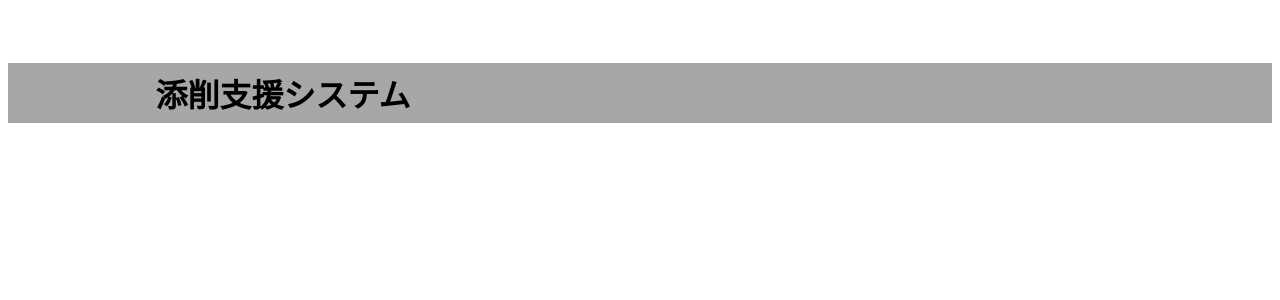
Repository: k-murakami18/canvas_v2
Page: Main.html
These files come from the project's save history. The page is drawn as it stood at one moment and after the next save; the edit follows.
The browser window is 1280 px wide. The pictures show the whole page.

Above is the page before, as saved 2021-01-04 19:29:02.

### Main.html
<!DOCTYPE html>
<html lang="en">
<head>
  <meta charset="UTF-8">
  <title>添削支援システム</title>
  <link rel="stylesheet" href="css/jquery-ui-1.8.16.custom.css" />
  <link rel="stylesheet" href="./style.css">
  <link rel="stylesheet" href="https://cdn.jsdelivr.net/npm/simplebar@latest/dist/simplebar.css">
  <script src="//cdnjs.cloudflare.com/ajax/libs/jspdf/1.3.3/jspdf.min.js"></script>
  <script src="js/jquery.1.6.4.min.js"></script>
  <script src="js/jquery-ui-1.8.16.custom.min.js"></script>
  <script type="text/javascript" src="./dist/fabric.js"></script>
  <script type="text/javascript" src="./dist/fabric.min.js"></script>
</head>

<body>
  <!--タイトルとファイル選択-->
  <div class="title">
    <div class="title_container">
      <div style="float: left;">
        <h1 id="title" style="display:inline;">添削支援システム</h1>
      </div>
    </div>
  </div>
  <div style="clear:left;"></div>

</body>
</html>

### style.css
/*タイトルコンテナ*/
.title_container{
  width: 550px;
  height: 60px;
  display: flex;
  justify-content: center;
  align-items: center;
  margin-top: 5%;
  text-align: center;
}

/*タイトル*/
.title{
  background-color: #A7A7A7;
  margin-bottom: 5px;
}

/*ボタンコンテナ*/
.button_container{
  width: 50px;
  height: 602px;
  background-color: #DADADA;
  margin-bottom: 5px;
  margin-right: 5px;
}

/*各ボタンの設定*/
.btn-box,.btn_box{
  display: inline-block;
  widows: 25px;
  height: 25px;
  border: 1px black solid;
  padding: 2px;
  border-radius: 5px;
}
.btn_box_black{
  display: inline-block;
  widows: 25px;
  height: 25px;
  border: 1px white solid;
  padding: 2px;
  border-radius: 5px;
}
.select{
  margin-top: 10px;
  margin-left: 9px;
}
.aaa{
  margin-top: 0px;
  margin-left: 9px;
}
.margin{
  margin-top: 10px;
  margin-left: 9px;
}

/*ボタン枠線削除*/
input:focus {
	outline:0;
}

/*キャンバス*/
canvas {
	position: relative;
	border:1px solid #000;
}

/*保存履歴コンテナ*/
.history_container{
  height: 600px;
  width: 330px;
  background-color: whitesmoke;
  border: 1px solid black;
  margin-left: 10px;
}

/*保存履歴タイトル*/
#title_tmpList{
  margin-top: 2px;
  margin-left: 10px;
  margin-bottom: 2px;
  font-weight: bolder;
  text-align: center;
}
.subtitle_tmpList{
  margin-top: 3px;
  margin-bottom: 3px;
  font-weight: bolder;
  font-size: 13px;
  text-align: center;
}

/*「保存履歴」の下線*/
.hr{
  border-bottom: 1px solid black;
  width: 93%;
  margin-left: auto;
  margin-right: auto;
}
/*「ブックマーク」「添削保存」の下線*/
.hr2{
  border-bottom: 1px solid black;
  width: 83%;
  margin-left: auto;
  margin-right: auto;
}

#bookmark_viewpanel{
  height: 539px;
  width: 100px;
  background-color: whitesmoke;
  margin-top: 5px;
}

#normal_viewpanel{
  height: 539px;
  width: 190px;
  background-color: whitesmoke;
  margin-top: 5px;
}

#bookmark_tmp{
  border-right: 1px solid black;
}

.tmpImage{
  border: 1px solid black;
  margin-left: 10px;
}

#setColor li{
  display: inline-block;
  width: 25px;
  height: 25px;
  border:1px solid #000;
}

Loaded but not shown: css/jquery-ui-1.8.16.custom.css (library); js/jquery.1.6.4.min.js (library); js/jquery-ui-1.8.16.custom.min.js (library); dist/fabric.js (library); dist/fabric.min.js (library)

After the next save:
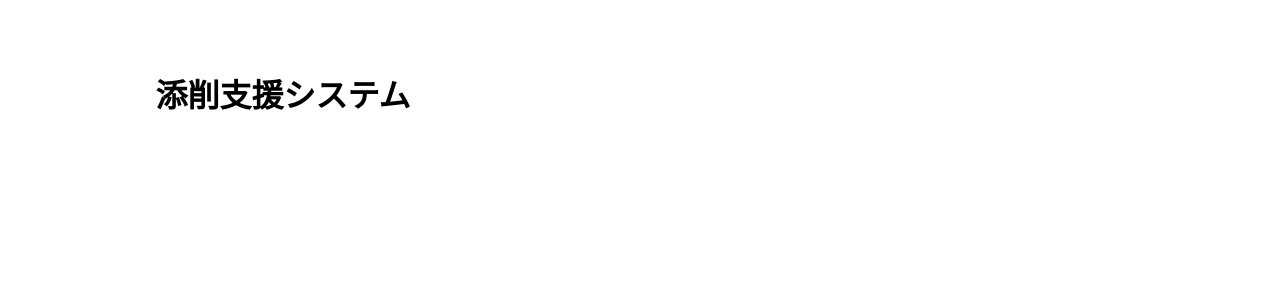
Saved 71 s later.
--- a/Main.html
+++ b/Main.html
@@ -15,13 +15,13 @@
 
 <body>
   <!--タイトルとファイル選択-->
-  <div class="title">
-    <div class="title_container">
-      <div style="float: left;">
-        <h1 id="title" style="display:inline;">添削支援システム</h1>
-      </div>
+
+  <div class="title_container">
+    <div style="float: left;">
+      <h1 id="title" style="display:inline;">添削支援システム</h1>
     </div>
   </div>
+
   <div style="clear:left;"></div>
 
 </body>
